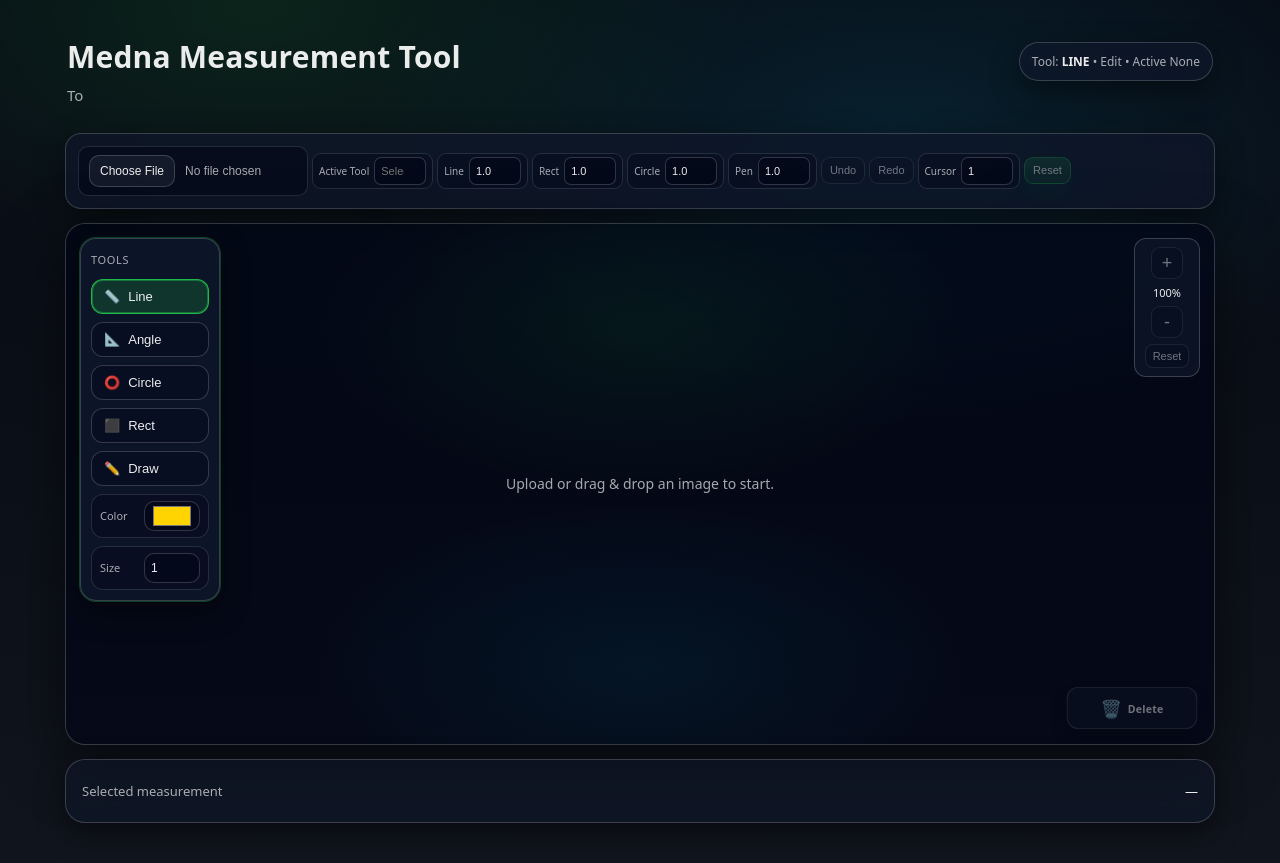
Repository: Sumaiya43/medna-tools
Page: /
The author's editor kept a copy of each file at every save. The page is drawn from the files as they stood at one save, then again after the next save.
The browser window is 1280 px wide. The pictures show the whole page.
The project was rebuilt for these pictures with package versions that can differ from the ones it lists, and the page was loaded fresh each time. The framework's server and built-in components were replaced by stand-ins that run in the browser. Also part of the build but not shown: next.config.mjs.

Above is the page before, as saved 2026-02-27 01:10:03.

After the next save:
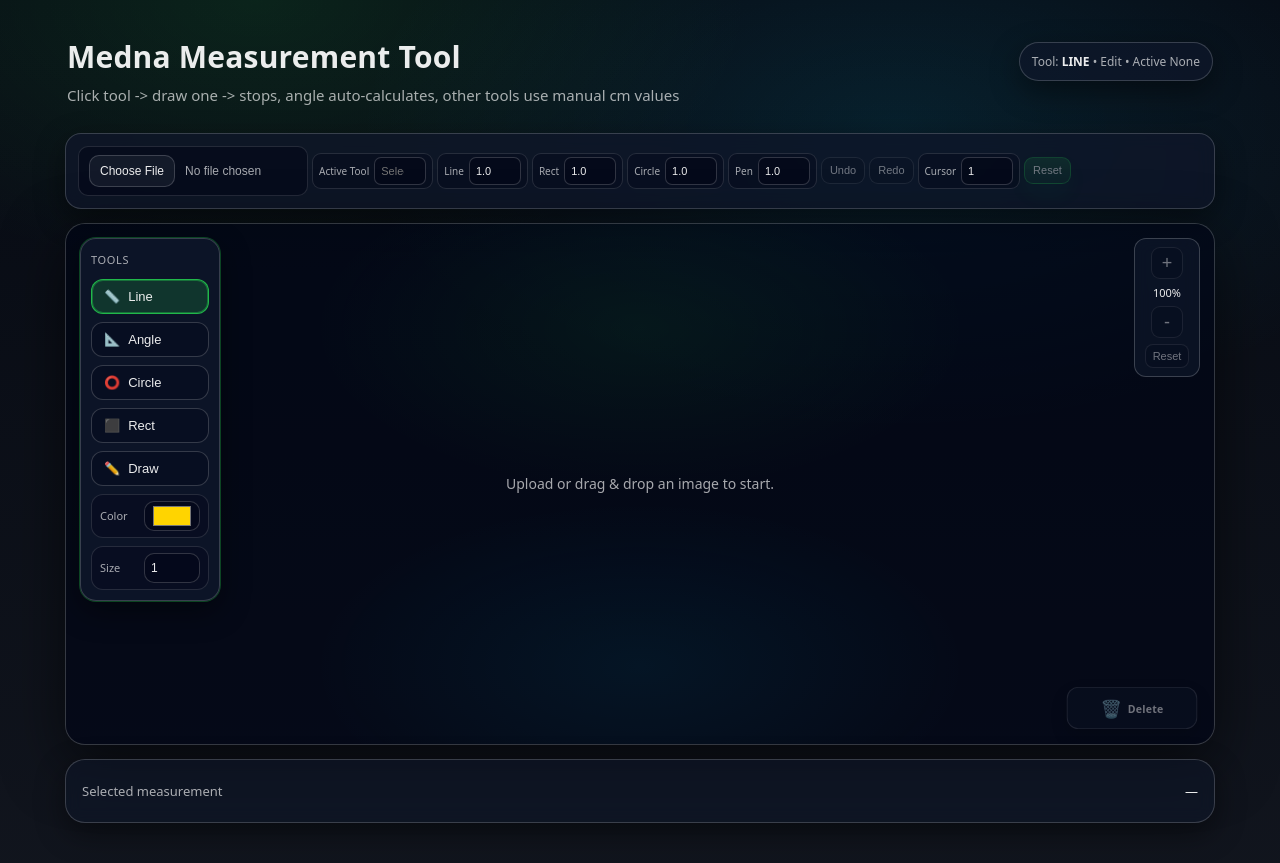
Saved 5 s later.
--- a/src/components/measurement-tool/MeasurementHeader/MeasurementHeader.jsx
+++ b/src/components/measurement-tool/MeasurementHeader/MeasurementHeader.jsx
@@ -6,7 +6,8 @@ export default function MeasurementHeader({ tool, armed, activeTypeName }) {
       <div>
         <h1 className={styles.title}>Medna Measurement Tool</h1>
         <p className={styles.subtitle}>
-          To
+          Click tool -&gt; draw one -&gt; stops, angle auto-calculates, other
+          tools use manual cm values
         </p>
       </div>
 
